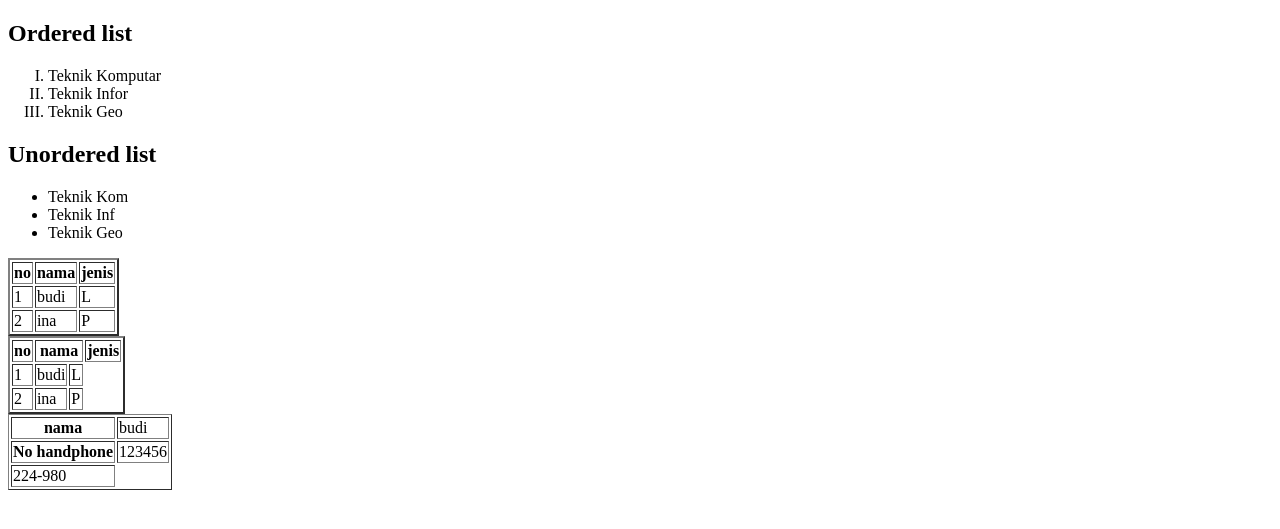
Repository: keyx-alt/pemrograman_web
Page: list.html
These files come from the project's save history. The page is drawn as it stood at one moment and after the next save; the edit follows.
The browser window is 1280 px wide. The pictures show the whole page.

Above is the page before, as saved 2026-04-16 14:03:48.

### list.html
<!DOCTYPE html>
<html lang="en">
<head>
    <meta charset="UTF-8">
    <meta name="viewport" content="width=device-width, initial-scale=1.0">
    <title>Document</title>
</head>
<body>
    <h2>Ordered list</h2>

    <ol type="I">
        <li>Teknik Komputar</li>
        <li>Teknik Infor</li>
        <li>Teknik Geo</li>
    </ol>

    <h2>Unordered list</h2>

    <ul>
        <li>Teknik Kom</li>
        <li>Teknik Inf</li>
        <li>Teknik Geo</li>
    </ul>

    <table border="2">
        <tr>
            <th>no</th>
            <th>nama</th>
            <th>jenis</th>
        </tr>
        <tr>
            <td>1</td>
            <td>budi</td>
            <td>L</td>
        </tr>
        <tr>
            <td>2</td>
            <td>ina</td>
            <td>P</td>
        </tr>
    </table>

     <table border="2">
        <tr>
            <th>no</th>
            <th colspan="2">nama</th>
            <th>jenis</th>
        </tr>
        <tr>
            <td>1</td>
            <td>budi</td>
            <td>L</td>
        </tr>
        <tr>
            <td>2</td>
            <td>ina</td>
            <td>P</td>
        </tr>
    </table>

    <table border="1">
        <tr>
            <th>nama</th>
            <td>budi</td>
        </tr>
        <tr>
            <th rowspan="1">No handphone</th>
            <td>123456</td>
        </tr>
        <tr>
            <td>224-980</td>
        </tr>
    </table>
</body>
</html>

After the next save:
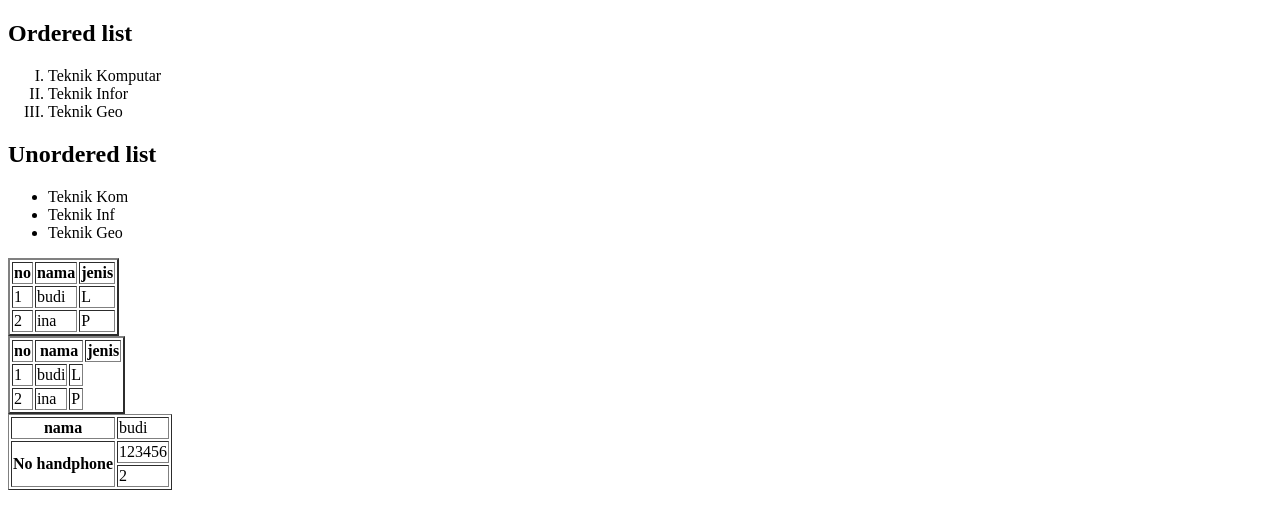
Saved 24 s later.
--- a/list.html
+++ b/list.html
@@ -64,11 +64,11 @@
             <td>budi</td>
         </tr>
         <tr>
-            <th rowspan="1">No handphone</th>
+            <th rowspan="2">No handphone</th>
             <td>123456</td>
         </tr>
         <tr>
-            <td>224-980</td>
+            <td>2</td>
         </tr>
     </table>
 </body>
